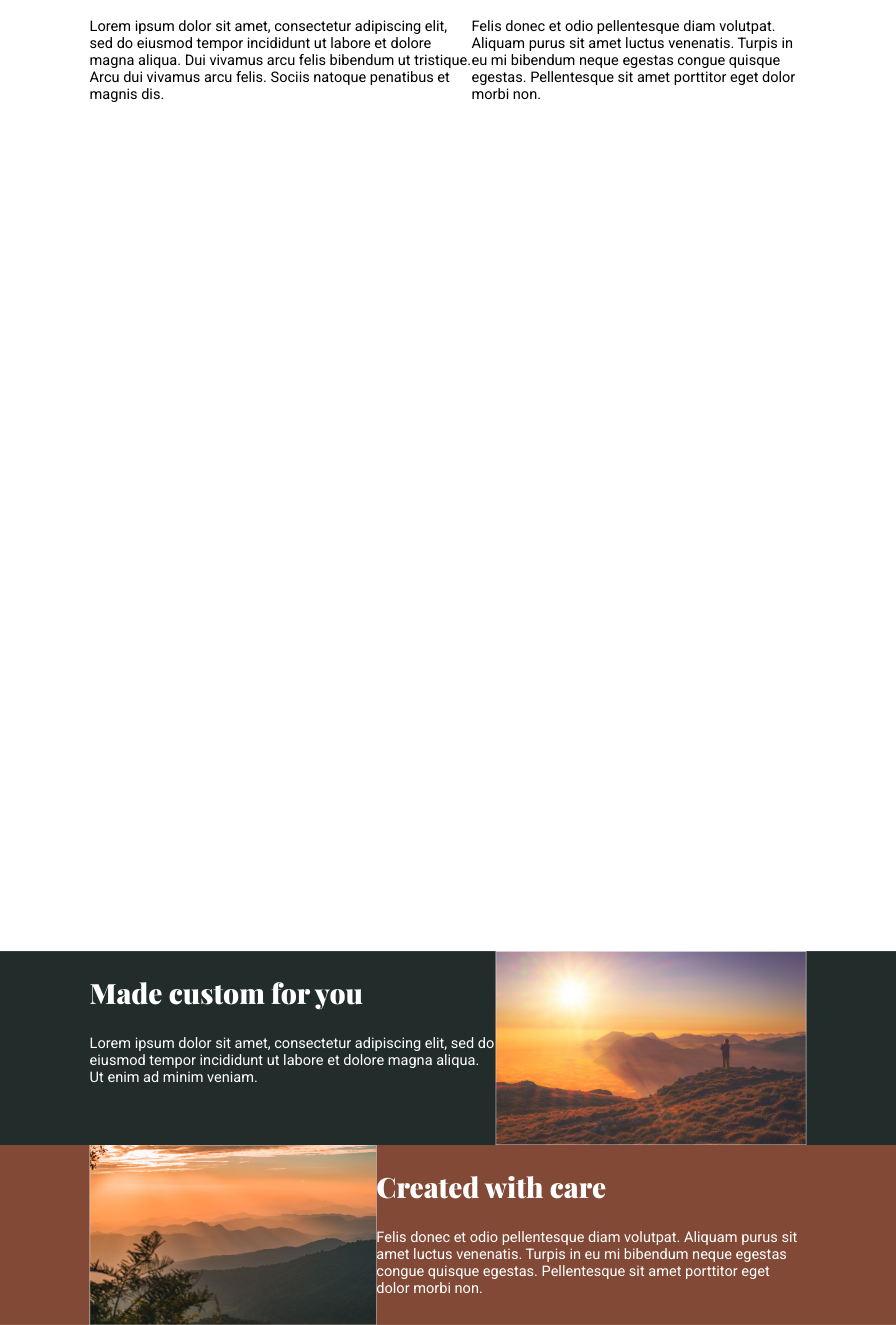
Repository: GregG21/Kevin-Powell-21-day-challange
Page: Day 12/index.html
An editor plug-in stored every save of this project. The page is shown before and after the next save, followed by the edit.
The browser window is 1280 px wide. The pictures show the part of the page from y = 774 to 2694 px (the page is 2667 px tall before and 2694 px after), at 70% of full size.
The style sheet was rebuilt from its Sass, Less or Tailwind sources for each picture, by a compiler version that may differ from the author's.

Above is the page before, as saved 2020-09-12 08:39:59.

### Day 12/index.html
<!DOCTYPE html>
<html lang="en">
  <head>
    <meta charset="UTF-8" />
    <meta name="viewport" content="width=device-width, initial-scale=1.0" />
    <title>Responsive layout</title>
    <link
      href="https://fonts.googleapis.com/css2?family=Playfair+Display:wght@900&family=Roboto:wght@300;400&display=swap"
      rel="stylesheet"
    />
    <link rel="stylesheet" href="/css/style.css" />
  </head>
  <body>
    <section class="hero">
      <div class="container display-flex">
        <div class="hero__text">
          <p>lorem ipsum sit</p>
          <h1>Responsive layouts don’t have to be a struggle</h1>
        </div>
      </div>
    </section>

    <main>
      <section class="container section__one">
        <h2 class="section__title display-flex">Quality Designs</h2>
        <div class="display-flex">
          <p>
            Lorem ipsum dolor sit amet, consectetur adipiscing elit, sed do
            eiusmod tempor incididunt ut labore et dolore magna aliqua. Dui
            vivamus arcu felis bibendum ut tristique. Arcu dui vivamus arcu
            felis. Sociis natoque penatibus et magnis dis.
          </p>
          <p>
            Felis donec et odio pellentesque diam volutpat. Aliquam purus sit
            amet luctus venenatis. Turpis in eu mi bibendum neque egestas congue
            quisque egestas. Pellentesque sit amet porttitor eget dolor morbi
            non.
          </p>
        </div>
      </section>

      <section class="section__two">
        <div class="container display-flex">
          <div class="section__two--text">
            <h2>Made custom for you</h2>
            <p>
              Lorem ipsum dolor sit amet, consectetur adipiscing elit, sed do
              eiusmod tempor incididunt ut labore et dolore magna aliqua. Ut
              enim ad minim veniam.
            </p>

          </div>
        <img src="/image-01.jpg" alt="sunset" />

        </div>
      </section>

      <section class="section__three ">
        <div class="container display-flex">
        <img class="section__img"  src="/image-02.jpg" loading="lazy" alt="sunset and fog" />

          <div class="section__three--text">
          <h2>Created with care</h2>
          <p>
          Felis donec et odio pellentesque diam volutpat. Aliquam purus sit
          amet luctus venenatis. Turpis in eu mi bibendum neque egestas congue
          quisque egestas. Pellentesque sit amet porttitor eget dolor morbi
          non.
          </p>
        </div>

        </div>
      </section>
    </main>
  </body>
</html>

### Day 12/style.scss
// font-family: 'Playfair Display', serif;

// font-family: 'Roboto', sans-serif;
$brown-color: #824936;
$black-color: #222C2A;
$baige-color: #F3EED9;


*, *::before, *::after {
    box-sizing: border-box;
}

body {
    margin: 0;
    padding: 0;
    font-family: 'Roboto', sans-serif;
}
img {
    max-width: 100%;
}

h1 {
    font-size: 4rem;
    font-family: 'Playfair Display', serif;
    font-weight: 900;
}
h2 {
    font-size: 2.5rem;
    font-family: 'Playfair Display', serif;
    font-weight: 900;
}
p {
    font-size: 1.3rem;
    font-family: 'Roboto', sans-serif;
    font-weight: 400;
}





.container {
    width: 80%;
    max-width: 1128px;
    margin: 0 auto;
}

.display-flex {
    display: flex;
}

.hero {
    background-color: $baige-color;
    color: $brown-color;
    display: flex;
    justify-content: center;
    align-items: center;
    min-height: 660px;

}
.hero__text {
    display: flex;
    flex-direction: column;
    text-align: center;
    line-height: 1;

    h1 {
        margin-top: 0;
    }
    p {
        text-transform: uppercase;
        letter-spacing: .5em;
        color: $black-color;
    }
}

.section__title {
    color: $brown-color;
    justify-content: center;
}
.section__one {
    height: 200vh;
}
.section__two {
    background-color: $black-color;
    color: white;
}
.section__three {
    background-color: $brown-color;
    color: white;

}
.section__img {
    width: 40%;
}

.section__text {
    width: 40%;
}

After the next save:
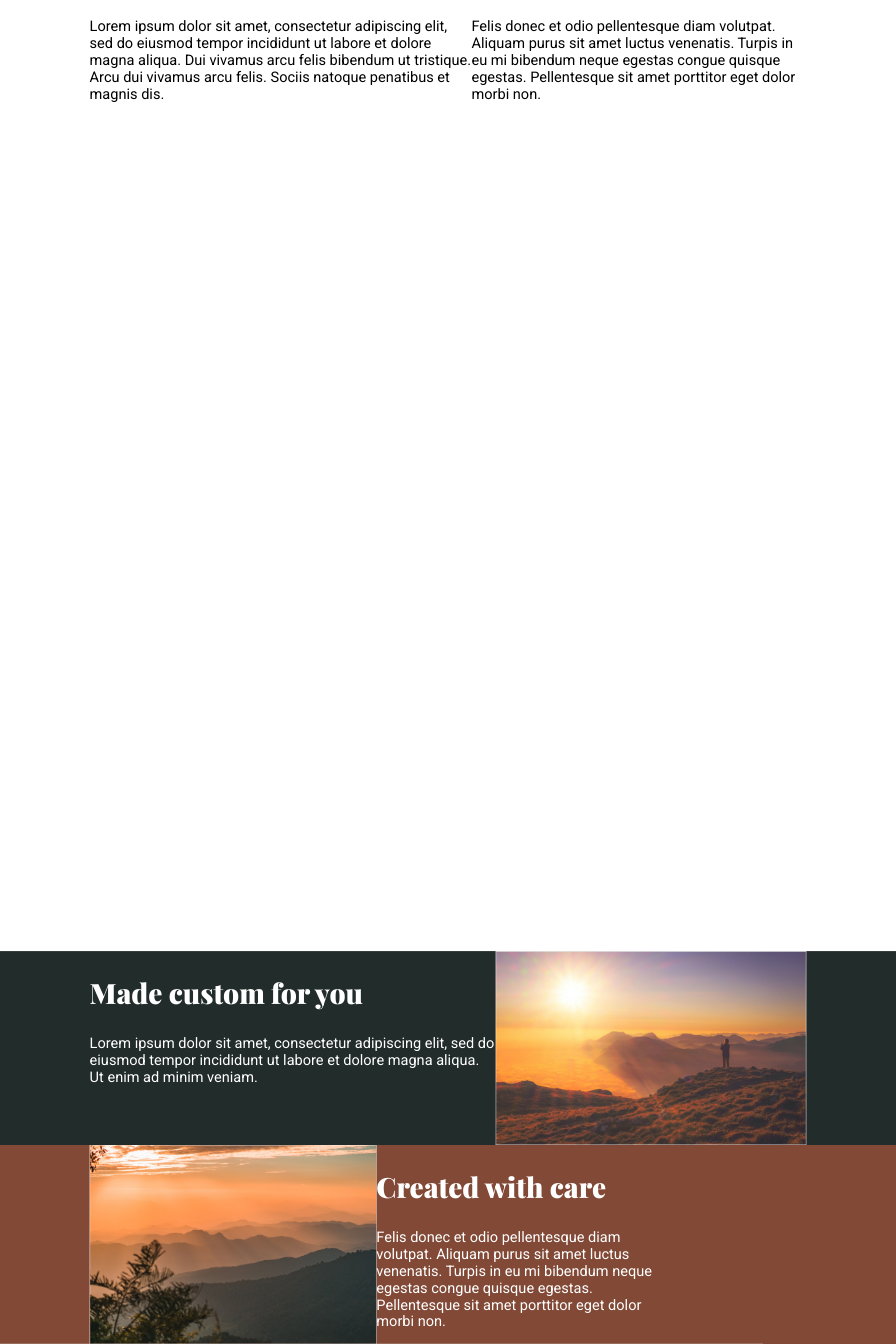
Saved 109 s later.
--- a/Day 12/index.html
+++ b/Day 12/index.html
@@ -59,7 +59,7 @@
         <div class="container display-flex">
         <img class="section__img"  src="/image-02.jpg" loading="lazy" alt="sunset and fog" />
 
-          <div class="section__three--text">
+          <div class="section__text section__three--text">
           <h2>Created with care</h2>
           <p>
           Felis donec et odio pellentesque diam volutpat. Aliquam purus sit
